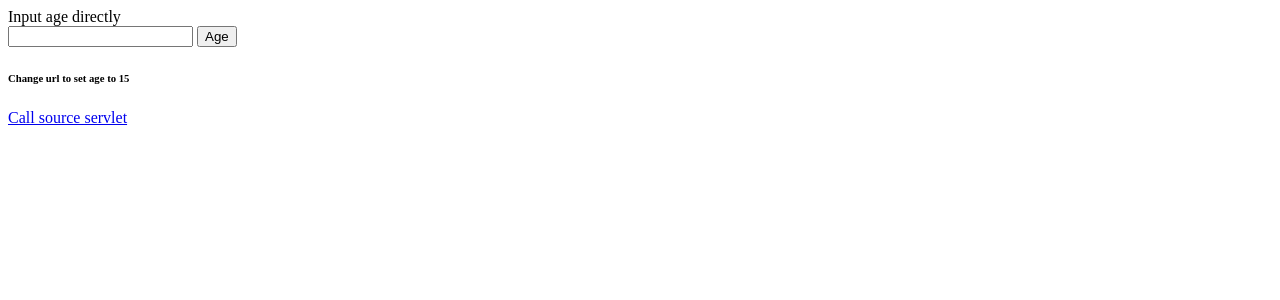
Repository: tomaters/servlets-JSP
Page: jsptest/src/main/webapp/callSource.html
The author's editor kept a copy of each file at every save. The page is drawn from the files as they stood at one save, then again after the next save.
The browser window is 1280 px wide. The pictures show the whole page.

Above is the page before, as saved 2023-11-30 02:34:22.

### jsptest/src/main/webapp/callSource.html
<!DOCTYPE html>
<html>
<head>
<meta charset="UTF-8">
<title>Insert title here</title>
</head>
<brbody>
	Input age directly
	<form action="Source" method="post">
		<input type="text" name="age">
		<input type="submit" value="Age"/>
	</form>

	<h6>Change url to set age to 15</h6>
	<a href="http://localhost:8080/jsptest/Source?age=15">Call source servlet</a>
</body>
</html>

After the next save:
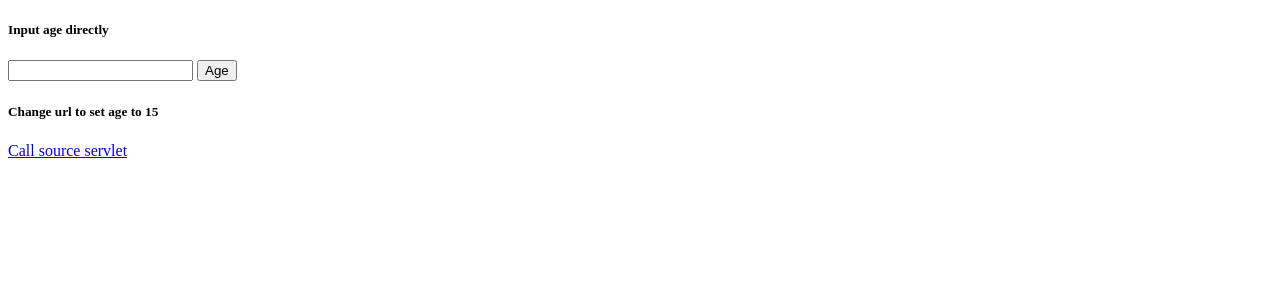
Saved 22 s later.
--- a/jsptest/src/main/webapp/callSource.html
+++ b/jsptest/src/main/webapp/callSource.html
@@ -5,13 +5,13 @@
 <title>Insert title here</title>
 </head>
 <brbody>
-	Input age directly
+	<h5>Input age directly</h5>
 	<form action="Source" method="post">
 		<input type="text" name="age">
 		<input type="submit" value="Age"/>
 	</form>
 
-	<h6>Change url to set age to 15</h6>
+	<h5>Change url to set age to 15</h5>
 	<a href="http://localhost:8080/jsptest/Source?age=15">Call source servlet</a>
 </body>
 </html>
